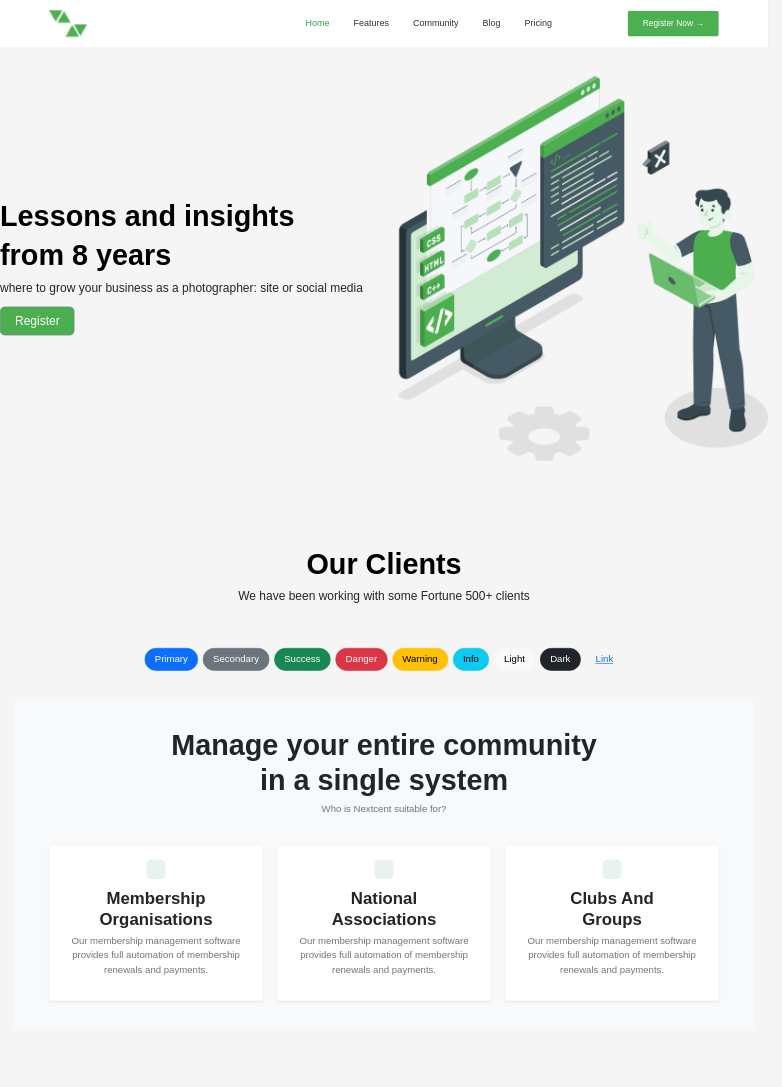
Repository: Laibaaa10/Bootstrap1
Page: index.html
The author's editor kept a copy of each file at every save. The page is drawn from the files as they stood at one save, then again after the next save.
The browser window is 1280 px wide. The page is 1304 px wide, so the pictures cover 1304 px, including what lies to the right of the window. The pictures show the whole page, at 60% of full size.

Above is the page before, as saved 2026-06-18 00:35:38.

### index.html
<!DOCTYPE html>
<html lang="en">

<head>
    <meta charset="UTF-8">
    <meta name="viewport" content="width=device-width, initial-scale=1.0">
    <title>Navbar</title>
    <link href="https://cdn.jsdelivr.net/npm/bootstrap@5.3.3/dist/css/bootstrap.min.css" rel="stylesheet">
    <link rel="stylesheet" href="style.css">
</head>

<body>
    <!-- Navbar start  -->

    <nav class="navbar navbar-expand-lg custom-navbar">
        <div class="container">


            <a class="navbar-brand d-flex align-items-center w-" href="#">
                <img src="./images/Logo (1).png" alt="Logo" class="logo">
            </a>



            <button class="navbar-toggler" type="button" data-bs-toggle="collapse" data-bs-target="#navbarContent">
                <span class="navbar-toggler-icon"></span>
            </button>

            <div class="collapse navbar-collapse" id="navbarContent">

                <ul class="navbar-nav mx-auto mb-2 mb-lg-0">
                    <li class="nav-item">
                        <a class="nav-link active" href="#">Home</a>
                    </li>
                    <li class="nav-item">
                        <a class="nav-link" href="#">Features</a>
                    </li>
                    <li class="nav-item">
                        <a class="nav-link" href="#">Community</a>
                    </li>
                    <li class="nav-item">
                        <a class="nav-link" href="#">Blog</a>
                    </li>
                    <li class="nav-item">
                        <a class="nav-link" href="#">Pricing</a>
                    </li>
                </ul>
                <a href="#" class="btn register-btn">
                    Register Now →
                </a>

            </div>
        </div>
    </nav>
    <!-- Navbar end -->

    <!-- Hero section start  -->

    <div class="row flex-lg-row-reverse align-items-center g-5 py-5">
        <div class="col-10 col-sm-8 col-lg-6"> <img src="./images/Illustration.png" class="d-block mx-lg-auto img-fluid"
                alt="Bootstrap Themes" width="700" height="500" loading="lazy"> </div>
        <div class="col-lg-6">
            <h1 class="display-5 fw-bold text-body-emphasis lh-1 mb-3">Lessons and insights</h1>
            <h1 class="display-5 fw-bold text-body-emphasis lh-1 mb-3 bg">from 8 years</h1>
            <p class="lead">where to grow your business as a photographer: site or social media</p>
            <div class="d-grid gap-2 d-md-flex justify-content-md-start"> <button type="button"
                    class="btn btn-outline-secondary btn-lg px-4 bgcolor">Register</button> </div>
        </div>
    </div>

    <div class="px-4 py-5 my-5 text-center">
        <h1 class="display-5 fw-bold text-body-emphasis">Our Clients</h1>
        <div class="col-lg-6 mx-auto">
            <p class="lead mb-4">We have been working with some Fortune 500+ clients</p>
        </div>
        <div class="d-flex gap-2 justify-content-center py-5"> <button class="btn btn-primary rounded-pill px-3"
                type="button">Primary</button> <button class="btn btn-secondary rounded-pill px-3"
                type="button">Secondary</button> <button class="btn btn-success rounded-pill px-3"
                type="button">Success</button> <button class="btn btn-danger rounded-pill px-3"
                type="button">Danger</button> <button class="btn btn-warning rounded-pill px-3"
                type="button">Warning</button> <button class="btn btn-info rounded-pill px-3"
                type="button">Info</button> <button class="btn btn-light rounded-pill px-3" type="button">Light</button>
            <button class="btn btn-dark rounded-pill px-3" type="button">Dark</button> <button
                class="btn btn-link rounded-pill px-3" type="button">Link</button> </div>


             <section class="py-5 bg-light">
    <div class="container">

        <div class="text-center mb-5">
            <h1 class="fw-bold display-5 text-dark">
                Manage your entire community <br>
                in a single system
            </h1>

            <p class="text-secondary">
                Who is Nextcent suitable for?
            </p>
        </div>

        <div class="row g-4">
            <div class="col-md-4">
                <div class="card border-0 shadow-sm h-100 text-center p-4">

                    <div class="mx-auto bg-success bg-opacity-10 rounded-3 p-3 mb-3">
                        <i class="bi bi-people fs-2 text-success"></i>
                    </div>

                    <h3 class="fw-bold">
                        Membership <br> Organisations
                    </h3>

                    <p class="text-secondary">
                        Our membership management software provides full automation of membership renewals and payments.
                    </p>

                </div>
            </div>
            <div class="col-md-4">
                <div class="card border-0 shadow-sm h-100 text-center p-4">

                    <div class="mx-auto bg-success bg-opacity-10 rounded-3 p-3 mb-3">
                        <i class="bi bi-building fs-2 text-success"></i>
                    </div>

                    <h3 class="fw-bold">
                        National <br> Associations
                    </h3>

                    <p class="text-secondary">
                        Our membership management software provides full automation of membership renewals and payments.
                    </p>

                </div>
            </div>
            <div class="col-md-4">
                <div class="card border-0 shadow-sm h-100 text-center p-4">

                    <div class="mx-auto bg-success bg-opacity-10 rounded-3 p-3 mb-3">
                        <i class="bi bi-diagram-3 fs-2 text-success"></i>
                    </div>

                    <h3 class="fw-bold">
                        Clubs And <br> Groups
                    </h3>

                    <p class="text-secondary">
                        Our membership management software provides full automation of membership renewals and payments.
                    </p>

                </div>
            </div>

        </div>

    </div>
</section>
<!-- Hero section end  -->
        <script src="https://cdn.jsdelivr.net/npm/bootstrap@5.3.3/dist/js/bootstrap.bundle.min.js"></script>

</body>

</html>

### style.css
body {
    margin: 0;
    background: #f5f5f5;
    font-family: Arial, sans-serif;
}

.custom-navbar {
    background: #ffffff;
    padding: 12px 0;
    box-shadow: 0 1px 5px rgba(0,0,0,0.05);
}

.logo {
    height: 45px;
    width: auto;
}

.navbar-nav .nav-link {
    color: #333;
    font-size: 15px;
    font-weight: 500;
    margin: 0 12px;
    transition: 0.3s;
}

.navbar-nav .nav-link:hover,
.navbar-nav .nav-link.active {
    color: #28a745;
}

.register-btn {
    background: #4CAF50;
    color: #fff;
    padding: 10px 24px;
    border-radius: 4px;
    font-size: 14px;
    font-weight: 500;
    text-decoration: none;
    transition: 0.3s;
}

.register-btn:hover {
    background: #43a047;
    color: #fff;
}

@media (max-width: 991px) {
    .navbar-nav {
        text-align: center;
        padding: 15px 0;
    }

    .register-btn {
        display: block;
        width: fit-content;
        margin: 15px auto 0;
    }
}
.bgcolor{
    background-color: #4CAF4F;
    text-decoration: none;
    color: white;
}

After the next save:
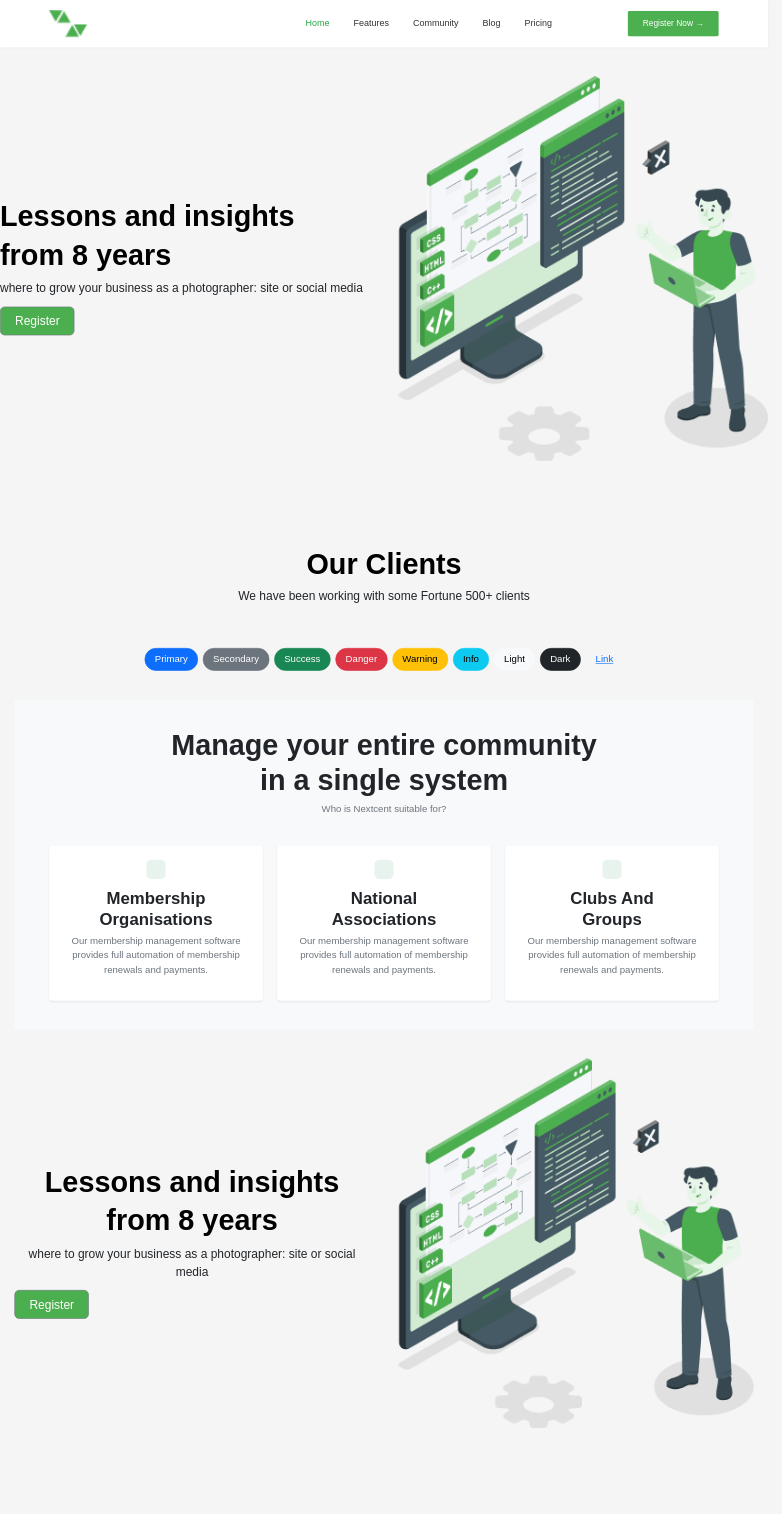
Saved 2 min 38 s later.
--- a/index.html
+++ b/index.html
@@ -155,6 +155,20 @@
 
     </div>
 </section>
+
+
+    <div class="row flex-lg-row-reverse align-items-center g-5 py-5">
+        <div class="col-10 col-sm-8 col-lg-6"> <img src="./images/Illustration.png" class="d-block mx-lg-auto img-fluid"
+                alt="Bootstrap Themes" width="700" height="500" loading="lazy"> </div>
+        <div class="col-lg-6">
+            <h1 class="display-5 fw-bold text-body-emphasis lh-1 mb-3">Lessons and insights</h1>
+            <h1 class="display-5 fw-bold text-body-emphasis lh-1 mb-3 bg">from 8 years</h1>
+            <p class="lead">where to grow your business as a photographer: site or social media</p>
+            <div class="d-grid gap-2 d-md-flex justify-content-md-start"> <button type="button"
+                    class="btn btn-outline-secondary btn-lg px-4 bgcolor">Register</button> </div>
+        </div>
+    </div>
+
 <!-- Hero section end  -->
         <script src="https://cdn.jsdelivr.net/npm/bootstrap@5.3.3/dist/js/bootstrap.bundle.min.js"></script>
 

After the save that followed:
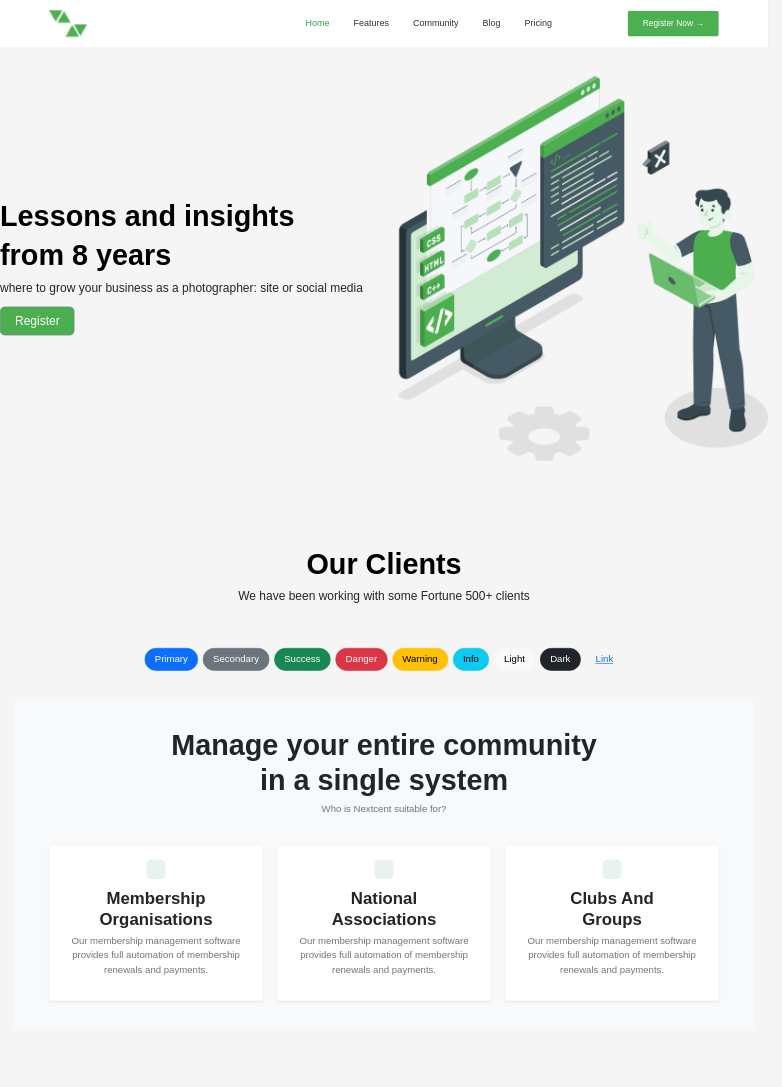
Saved 27 s later.
--- a/index.html
+++ b/index.html
@@ -157,18 +157,6 @@
 </section>
 
 
-    <div class="row flex-lg-row-reverse align-items-center g-5 py-5">
-        <div class="col-10 col-sm-8 col-lg-6"> <img src="./images/Illustration.png" class="d-block mx-lg-auto img-fluid"
-                alt="Bootstrap Themes" width="700" height="500" loading="lazy"> </div>
-        <div class="col-lg-6">
-            <h1 class="display-5 fw-bold text-body-emphasis lh-1 mb-3">Lessons and insights</h1>
-            <h1 class="display-5 fw-bold text-body-emphasis lh-1 mb-3 bg">from 8 years</h1>
-            <p class="lead">where to grow your business as a photographer: site or social media</p>
-            <div class="d-grid gap-2 d-md-flex justify-content-md-start"> <button type="button"
-                    class="btn btn-outline-secondary btn-lg px-4 bgcolor">Register</button> </div>
-        </div>
-    </div>
-
 <!-- Hero section end  -->
         <script src="https://cdn.jsdelivr.net/npm/bootstrap@5.3.3/dist/js/bootstrap.bundle.min.js"></script>
 
